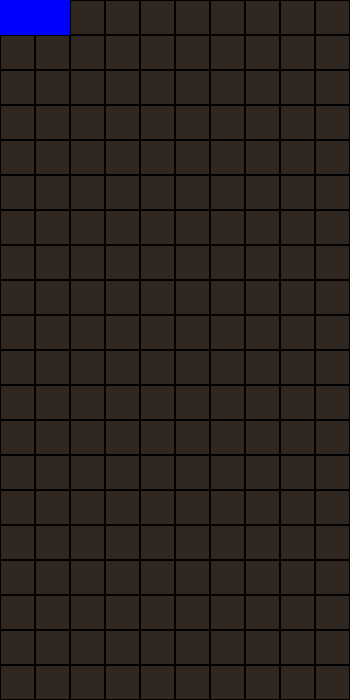
Repository: lucacdev/Tetris
Script's output: python main.py
An editor plug-in stored every save of this project. The script's output is shown before and after the next save, followed by the edit.
The window is shown after at most 60 frames with no key pressed. Random numbers start from a fixed seed.

Above is the script's output before, as saved 2024-02-29 18:36:41.

After the next save:
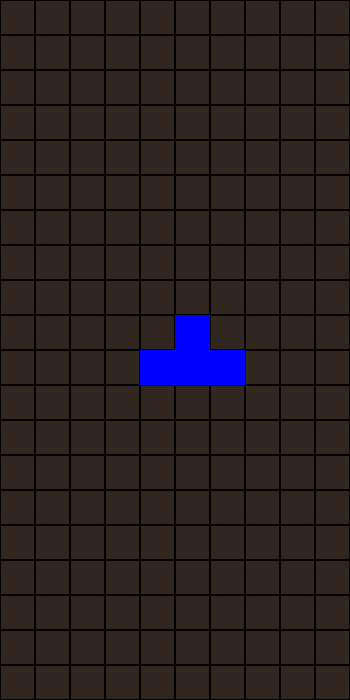
Saved 91 s later.
--- a/tetromino.py
+++ b/tetromino.py
@@ -3,13 +3,14 @@
 class Block(pg.sprite.Sprite):
     def __init__(self, tetromino, pos):
         self.tetromino = tetromino
+        self.pos = vec(pos) + INIT_POS_OFFSET
 
         super().__init__(tetromino.tetris.sprite_group)
         self.image = pg.Surface([TILE_SIZE, TILE_SIZE])
         self.image.fill('blue')
 
         self.rect = self.image.get_rect()
-        self.rect.topleft = pos[0] * TILE_SIZE, pos[1] * TILE_SIZE
+        self.rect.topleft = self.pos * TILE_SIZE
 
 class Tetromino:
     def __init__(self, tetris):
